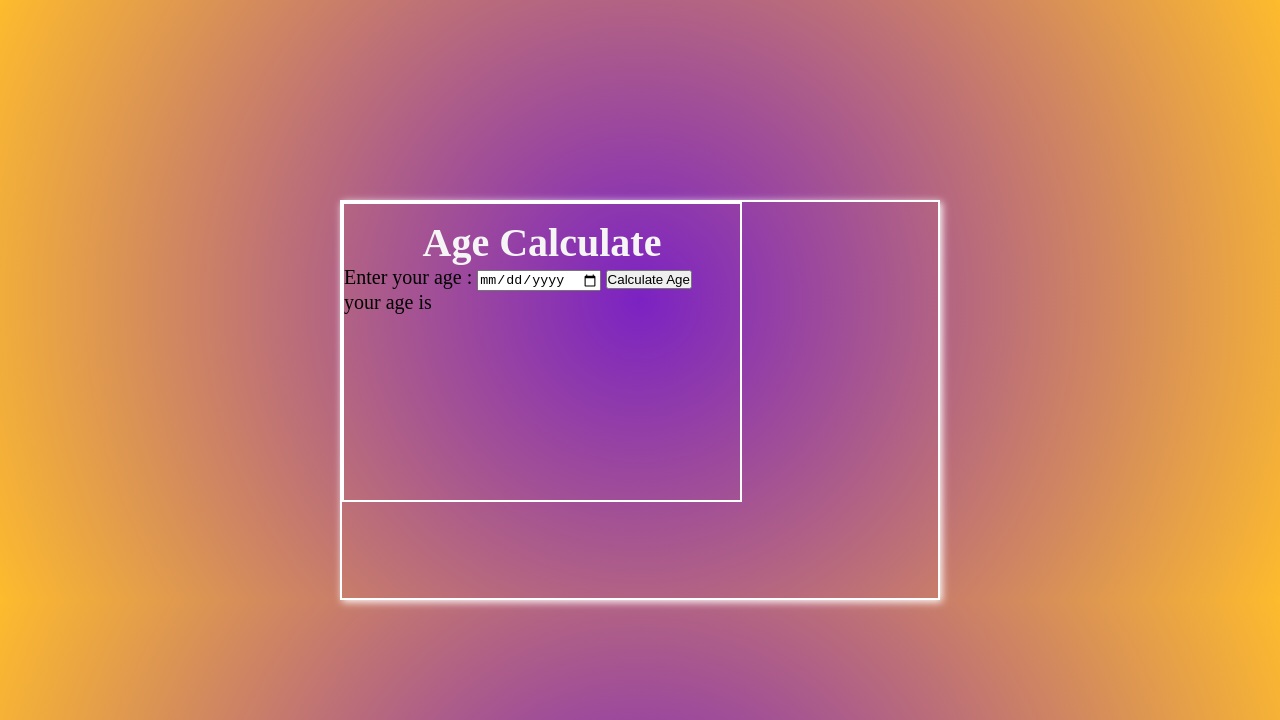
Repository: sristigupta04/basic-js-project
Page: age calculator/age.html
An editor plug-in stored every save of this project. The page is shown before and after the next save, followed by the edit.
The browser window is 1280 px wide. The pictures show the whole page.

Above is the page before, as saved 2025-11-07 15:12:02.

### age calculator/age.html
<!DOCTYPE html>
<html lang="en">
<head>
    <meta charset="UTF-8">
    <meta name="viewport" content="width=device-width, initial-scale=1.0">
    <title>Document</title>
    <link rel="stylesheet" href="age.css"/>
</head>
<body>
    <div class="main">
    <div class="age">
    <h1>Age Calculate</h1>
    <label for="eventDate">Enter  your age :</label>
<input type="date" id="eventDate" name="eventDate">
<button>Calculate Age</button>
<p id="realage">your age is </p></div></div>
</body>
</html>

### age calculator/age.css
*{
    padding: 0;
    margin: 0;
    box-sizing: border-box;
}
body{
    display: flex;
    justify-content: center;
    align-items: center;
   background: #7b22c3;
background: radial-gradient(circle, rgba(123, 34, 195, 1) 0%, rgba(253, 187, 45, 1) 100%);
}

.main{

    border:2px solid white;
    height: 400px;
    width: 600px;
    box-shadow: 2px 2px 8px white;
    font-size: 20px;
     margin-top: 200px;

}
.age{
    /* display: flex;
    justify-content: center;
    align-items: center;  */
    border:2px solid white;
    height:300px;
    width:400px;
}
.age h1{
     display: flex;
    justify-content: center;
    align-items: center;
    margin-top: 15px;
    color:whitesmoke;
    font-size: 200;
    ;
}

After the next save:
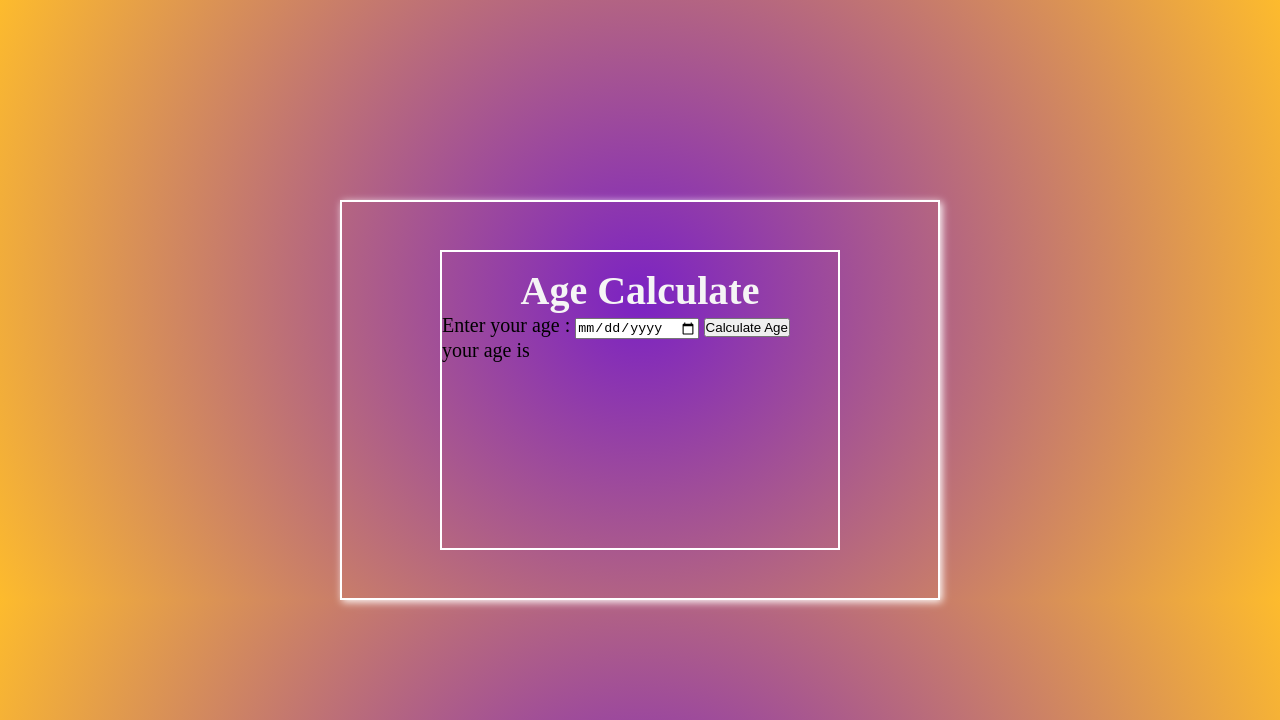
Saved 20 s later.
--- a/age calculator/age.css
+++ b/age calculator/age.css
@@ -12,7 +12,9 @@ background: radial-gradient(circle, rgba(123, 34, 195, 1) 0%, rgba(253, 187, 45,
 }
 
 .main{
-
+     display: flex;
+    justify-content: center;
+    align-items: center;
     border:2px solid white;
     height: 400px;
     width: 600px;
@@ -22,9 +24,7 @@ background: radial-gradient(circle, rgba(123, 34, 195, 1) 0%, rgba(253, 187, 45,
 
 }
 .age{
-    /* display: flex;
-    justify-content: center;
-    align-items: center;  */
+
     border:2px solid white;
     height:300px;
     width:400px;
